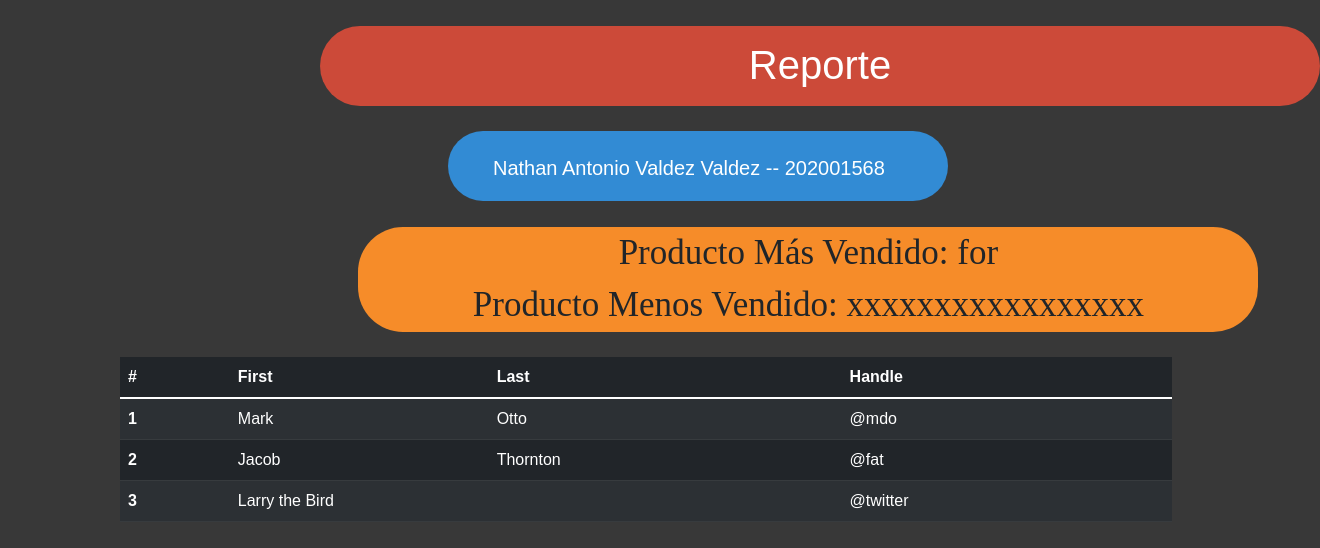
Repository: nathanvdev/LFP_PR_202001568
Page: plantilla.html
An editor plug-in stored every save of this project. The page is shown before and after the next save, followed by the edit.
The browser window is 1280 px wide. The page is 1320 px wide, so the pictures cover 1320 px, including what lies to the right of the window. The pictures show the whole page.

Above is the page before, as saved 2022-02-19 19:43:03.

After the next save:
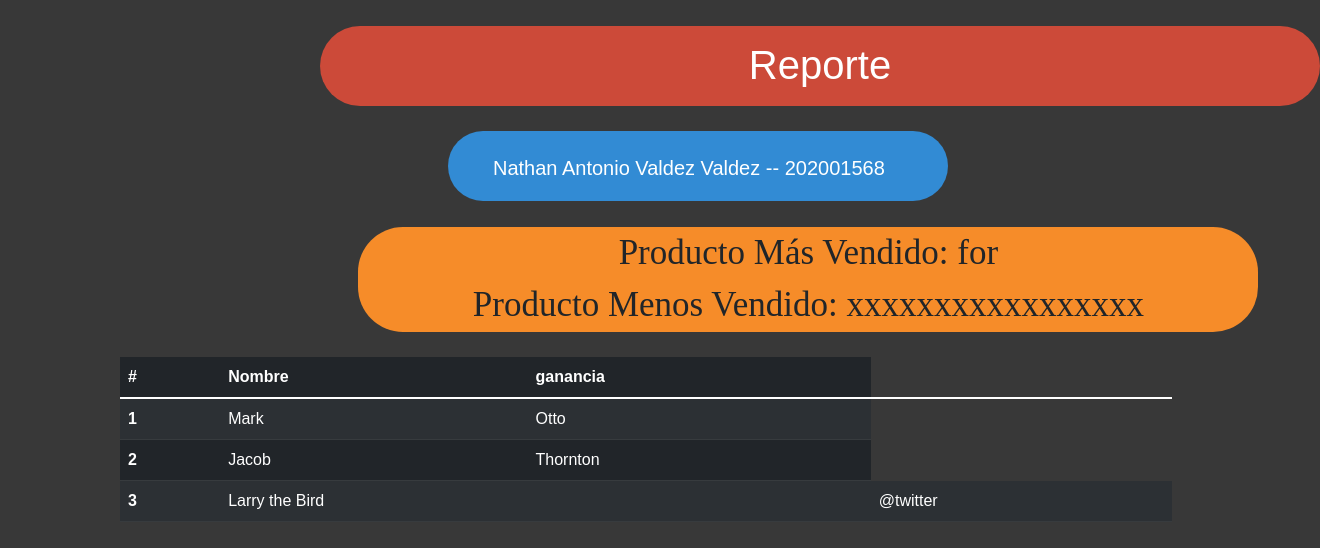
Saved 4 min 39 s later.
--- a/plantilla.html
+++ b/plantilla.html
@@ -83,9 +83,8 @@
         <thead>
           <tr>
             <th scope="col">#</th>
-            <th scope="col">First</th>
-            <th scope="col">Last</th>
-            <th scope="col">Handle</th>
+            <th scope="col">Nombre</th>
+            <th scope="col">ganancia</th>
           </tr>
         </thead>
         <tbody>
@@ -93,13 +92,13 @@
             <th scope="row">1</th>
             <td>Mark</td>
             <td>Otto</td>
-            <td>@mdo</td>
+
           </tr>
           <tr>
             <th scope="row">2</th>
             <td>Jacob</td>
             <td>Thornton</td>
-            <td>@fat</td>
+
           </tr>
           <tr>
             <th scope="row">3</th>
